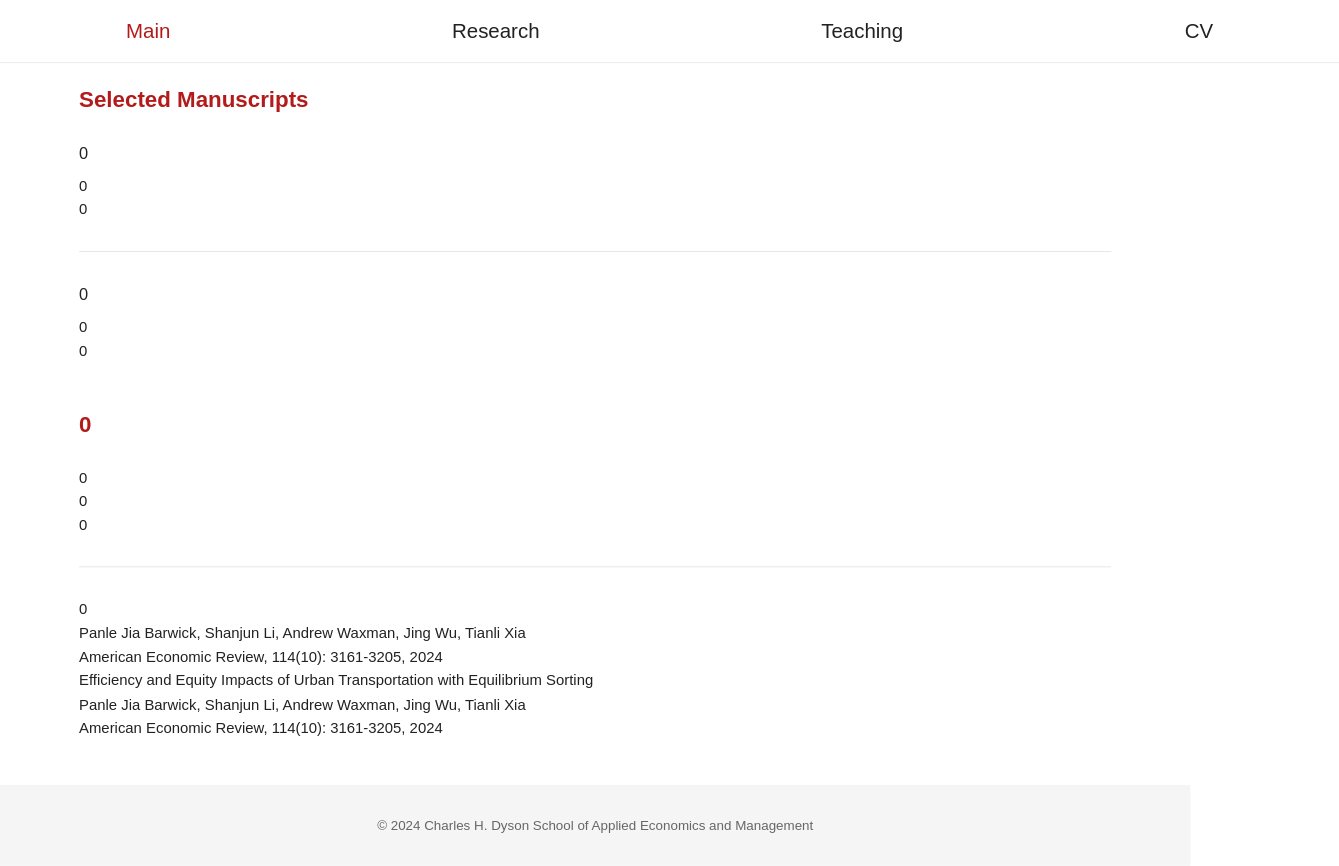
Repository: huang-heavenly-Emperor/k1_project
Page: index.html
The author's editor kept a copy of each file at every save. The page is drawn from the files as they stood at one save, then again after a run of saves.
The browser window is 1280 px wide. The page is 1440 px wide, so the pictures cover 1440 px, including what lies to the right of the window. The pictures show the whole page, at 93% of full size.

Above is the page before, as saved 2024-11-17 15:13:34.

After the next 3 saves:
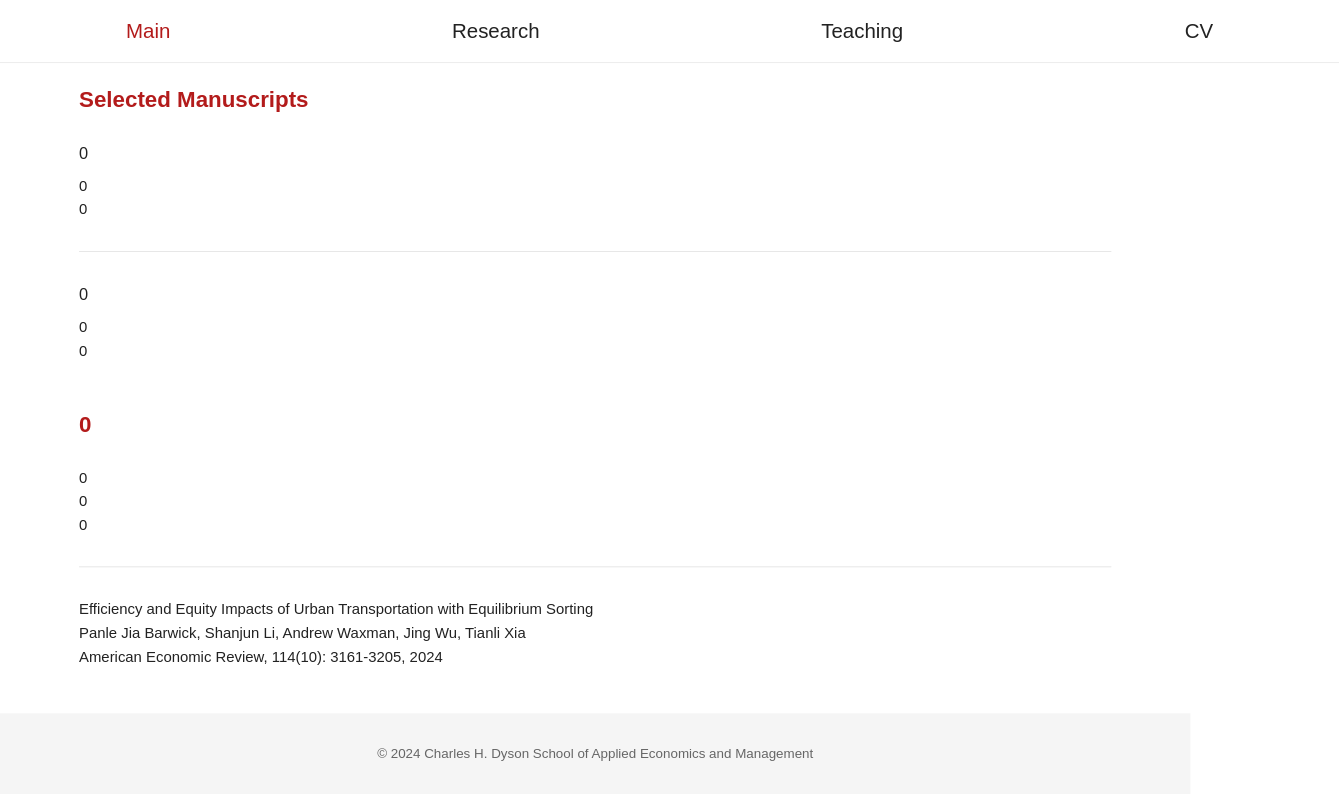
The 3 saves are shown as one change because they came seconds apart.
The last was saved 9 s later.
--- a/index.html
+++ b/index.html
@@ -63,13 +63,14 @@
                     <p class="publication-journal">Forthcoming at Review of Economics and Statistics</p> -->
                 </li>
                 <li>
-                    <p class="publication-title">0</p>
-                    <p class="publication-authors">Panle Jia Barwick, Shanjun Li, Andrew Waxman, Jing Wu, Tianli Xia</p>
-                    <p class="publication-journal">American Economic Review, 114(10): 3161-3205, 2024</p>
                     <p class="publication-title">Efficiency and Equity Impacts of Urban Transportation with Equilibrium
                         Sorting</p>
                     <p class="publication-authors">Panle Jia Barwick, Shanjun Li, Andrew Waxman, Jing Wu, Tianli Xia</p>
                     <p class="publication-journal">American Economic Review, 114(10): 3161-3205, 2024</p>
+                    <!-- <p class="publication-title">Efficiency and Equity Impacts of Urban Transportation with Equilibrium
+                        Sorting</p>
+                    <p class="publication-authors">Panle Jia Barwick, Shanjun Li, Andrew Waxman, Jing Wu, Tianli Xia</p>
+                    <p class="publication-journal">American Economic Review, 114(10): 3161-3205, 2024</p> -->
                 </li>
             </ul>
         </section>
